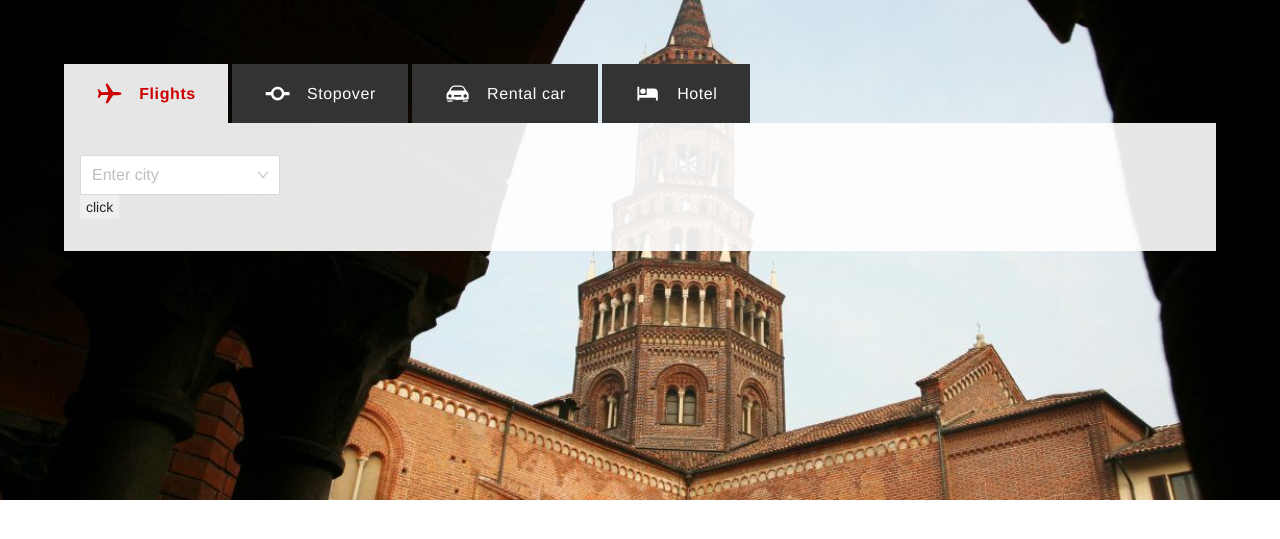
Repository: guidogr95/Everymundo-Excercise
Page: /
The author's editor kept a copy of each file at every save. The page is drawn from the files as they stood at one save, then again after the next save.
The browser window is 1280 px wide. The pictures show the whole page.
The project was rebuilt for these pictures with package versions that can differ from the ones it lists, and the page was loaded fresh each time.

Above is the page before, as saved 2021-07-01 02:09:27.

### src/App.jsx
// utils
import {
  QueryClient,
  QueryClientProvider,
} from 'react-query'
// styles
import 'antd/dist/antd.css';
import './app.scss';
// components
import BookingMask from 'src/components/BookingMask'

const queryClient = new QueryClient({
  defaultOptions: {
    queries: {
      refetchOnWindowFocus: false,
    },
  },
})

function App() {
  return (
    <QueryClientProvider client={queryClient}>
      <div className="App">
        <div className="flightmanager-container container" >
          <BookingMask />
        </div>
      </div>
    </QueryClientProvider>
  );
}

export default App;

### src/app.scss
@import 'styles/global';

.App {
  .container {
    width: $desktop-maxwidth;
    max-width: 100%;
  }
  .flightmanager-container {
    background: url('./assets/images/bg.jpg');
    background-size: cover;
    background-position: center;
    min-height: 500px;
    margin: auto;
    padding: 4rem;
  }
}

### src/components/BookingMask/index.jsx
import { useState } from 'react'
// styles
import './bookingmask.scss'
// assets
import { IoIosAirplane, IoMdGitCommit, IoIosCar, IoMdBed } from 'react-icons/io'
// components
import EmptyTab from './EmptyTab'
import FlightsTab from './FlightsTab'

const BookingMask = () => {
  const tabs = [
    {
      name: 'Flights',
      icon: <IoIosAirplane />,
      component: <FlightsTab />
    },
    {
      name: 'Stopover',
      icon: <IoMdGitCommit />,
      component: <EmptyTab />
    },
    {
      name: 'Rental car',
      icon: <IoIosCar />,
      component: <EmptyTab />
    },
    {
      name: 'Hotel',
      icon: <IoMdBed />,
      component: <EmptyTab />
    }
  ]

  const [activeTab, setActiveTab] = useState(tabs[0].name)
  const handleTab = name => setActiveTab(name)

  return (
    <section className="bookingmask" >
      <ul className="bookingmask__nav" >
        {tabs.map(tab =>
          <button
            className={activeTab === tab.name ? 'active' : ''}
            onClick={() => handleTab(tab.name)}
            key={tab.name}
          >
            {tab.icon}<span>{tab.name}</span>
          </button>
        )}
      </ul>
      <div className="bookingmask__tabs-wrapper" >
          {tabs.map(tab =>
            <div
              key={tab.name}
              className={`bookingmask__tab${activeTab === tab.name ? ' active' : ''}`}
            >
              {tab.component}
            </div>
          )}
      </div>
    </section>
  )
}

export default BookingMask

### src/styles/_global.scss
@import 'variables';
@import 'mixins';

html,
body {
  position: relative;
  padding: 0;
  margin: 0;
  font-family: $font-family;
  -webkit-text-size-adjust: 100%;
  -webkit-font-smoothing: auto;
  -moz-font-smoothing: auto;
  -moz-osx-font-smoothing: auto;
}
* {
  box-sizing: border-box;
}
ul {
  margin: 0;
  padding: 0;
}
button {
  border: none;
  cursor: pointer;
}
.ant-select {
  min-width: 200px;
}

### src/styles/_variables.scss
// measurements
$desktop-maxwidth: 90rem;
// colors
$color-red: #c00;
$color-gray: #333333;
$color-white: #fff;
// fonts
// font-family
$font-family: SwissText,Helvetica,Arial,sans-serif,LufthansaMamSymbolText;
// font-weight
$font-weight-medium: 700;
$font-weight-small: 300;
// font-size
$font-size-normal: 1rem;
$font-size-large: 1.7rem;
// line height
$line-height-medium: 2.2rem;
// letter spacing
$letter-spacing-small: .6px;

// tab variables
// colors
$color-active-tab-bg: hsla(0,0%,100%,.9);
// padding
$padding-tab-link: 1rem 2rem;
$padding-tab-content: 2rem 1rem;
// margin
$margin-tab-link: 0 0 0 .25rem;

### src/styles/_mixins.scss
// MIXINS
@mixin breakpoint($point) {
  @media (max-width: $point) {
    @content;
  }
}

### src/components/BookingMask/bookingmask.scss
@import '/src/styles/variables';
.bookingmask {
  &__nav {
    list-style: none;
    button {
      &:not(:first-of-type) {
        margin: $margin-tab-link;
      }
      color: $color-white;
      background: $color-gray;
      padding: $padding-tab-link;
      display: inline-flex;
      align-items: center;
      font-size: $font-size-normal;
      font-weight: $font-weight-small;
      letter-spacing: $letter-spacing-small;
      &.active {
        color: $color-red;
        font-weight: $font-weight-medium;
        background-color: $color-active-tab-bg;
      }
      svg {
        margin-right: 1rem;
        font-size: $font-size-large;
      }
    }
  }
  &__tabs-wrapper {
    position: relative;
  }
  &__tab {
    position: absolute;
    top: 0;
    left: 0;
    right: 0;
    padding: $padding-tab-content;
    background-color: $color-active-tab-bg;
    display: none;
    &.active {
      display: block;
    }
  }
}

### src/components/BookingMask/EmptyTab/index.jsx
const EmptyTab = () => {
  return (
    <div>
      some more stuff
    </div>
  )
}

export default EmptyTab

### src/components/BookingMask/FlightsTab/index.jsx
// components
import { useRef } from 'react'
import AirportInput from './AirportInput'

const FlightsTab = ({ name, activeTab }) => {

  const toRef = useRef(null)

  return (
    <div>
      <AirportInput ref={toRef} />
      <button onClick={() => console.log(toRef)} >click</button>
    </div>
  )
}

export default FlightsTab

### src/components/BookingMask/FlightsTab/AirportInput/index.jsx
import { forwardRef, useState } from 'react'
// utils
import debounce from 'lodash/debounce'
import { Select, Spin } from 'antd'
// api
import { fetchAirports } from 'src/api/fetchers'

const { Option } = Select;

const AirportInput = forwardRef(({ placeholder }, ref) => {
  const [term, setTerm] = useState('')
  const [isLoading, setIsLoading] = useState(false)
  const [data, setData] = useState([])
  const handleSelect = (val) => {
    const innerVal = val || ''
    setTerm(innerVal)
    if (innerVal.length <= 2) {
      setData([])
    } else {
      setIsLoading(true)
      fetchAirports(val)
      .then((res) => setData(res.data || []))
      .catch(() => setData([]))
      .finally(() => setIsLoading(false))
    }
  }
  const debouncedHandleSelect = debounce((val) => handleSelect(val), 2000)

  return (
    <div>
      <Select
        showSearch
        allowClear
        ref={ref}
        placeholder={'Enter city'}
        value={term || undefined}
        onSearch={debouncedHandleSelect}
        onChange={debouncedHandleSelect}
        onClear={handleSelect}
        size='large'
        defaultActiveFirstOption={false}
        filterOption={false}
        notFoundContent={isLoading ? <Spin size="small" /> : null}
      >
        {data.length > 0 ? data.map(airport => <Option key={airport.iata}>{airport.city}</Option>) : null}
      </Select>
    </div>
  )
})

export default AirportInput

### src/api/fetchers.js
// utils
import axios from 'axios'

const apiUrl = 'https://us-central1-kob-webinars.cloudfunctions.net/api'

const fetchAirports = (term) => axios.post(`${apiUrl}/getAirports`, { term })

export {
  fetchAirports
}

Loaded but not shown: public/index.html (common file); src/index.jsx (common file); src/reportWebVitals.js (common file)

After the next save:
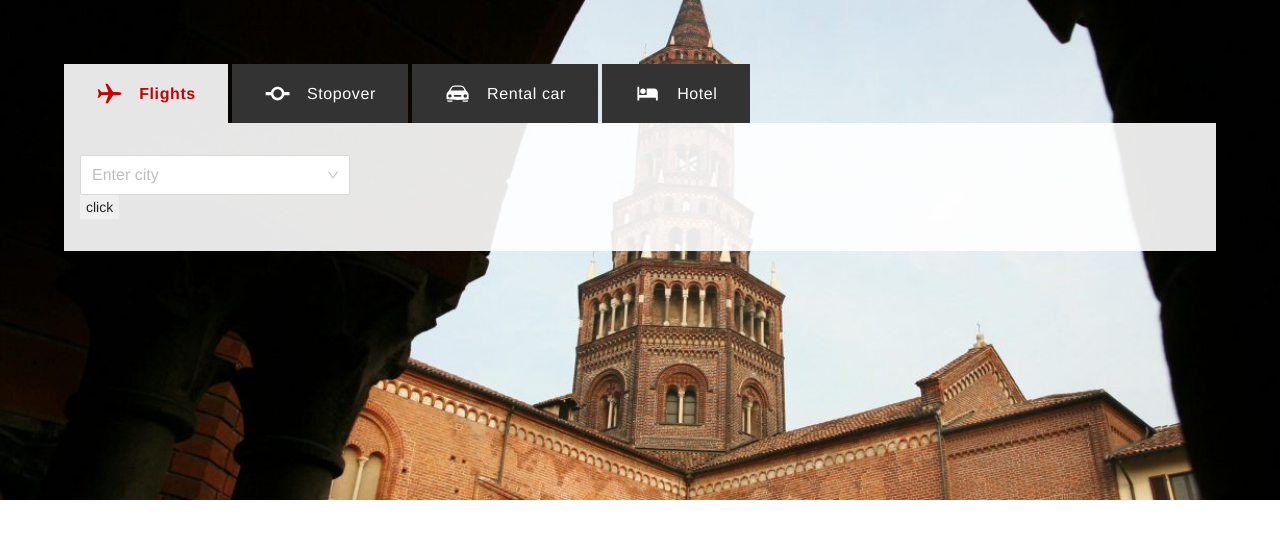
Saved 2 min 5 s later.
--- a/src/styles/_global.scss
+++ b/src/styles/_global.scss
@@ -24,5 +24,5 @@ button {
   cursor: pointer;
 }
 .ant-select {
-  min-width: 200px;
+  min-width: 270px;
 }
